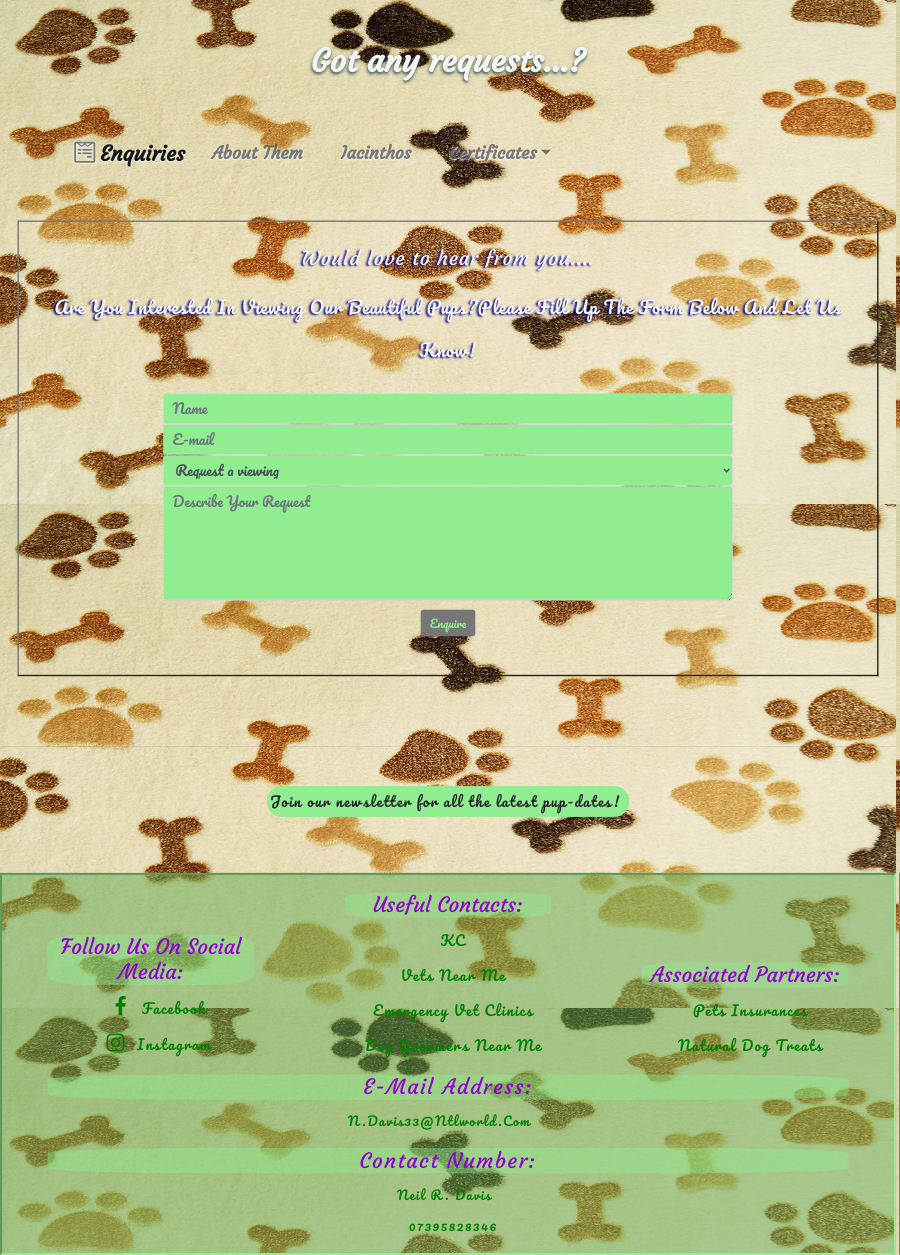
Repository: Code-Institute-Submissions/GeorgiosSklav-Iacinthos-blog
Page: request-form.html
The author's editor kept a record of every edit. The page is drawn from the files as they stood at one moment, then again after the next edit.
The browser window is 1280 px wide. The page is 1285 px wide, so the pictures cover 1285 px, including what lies to the right of the window. The pictures show the whole page, at 70% of full size.
Backgrounds fixed to the window are drawn as part of the page.

Above is the page before.

After the next edit:
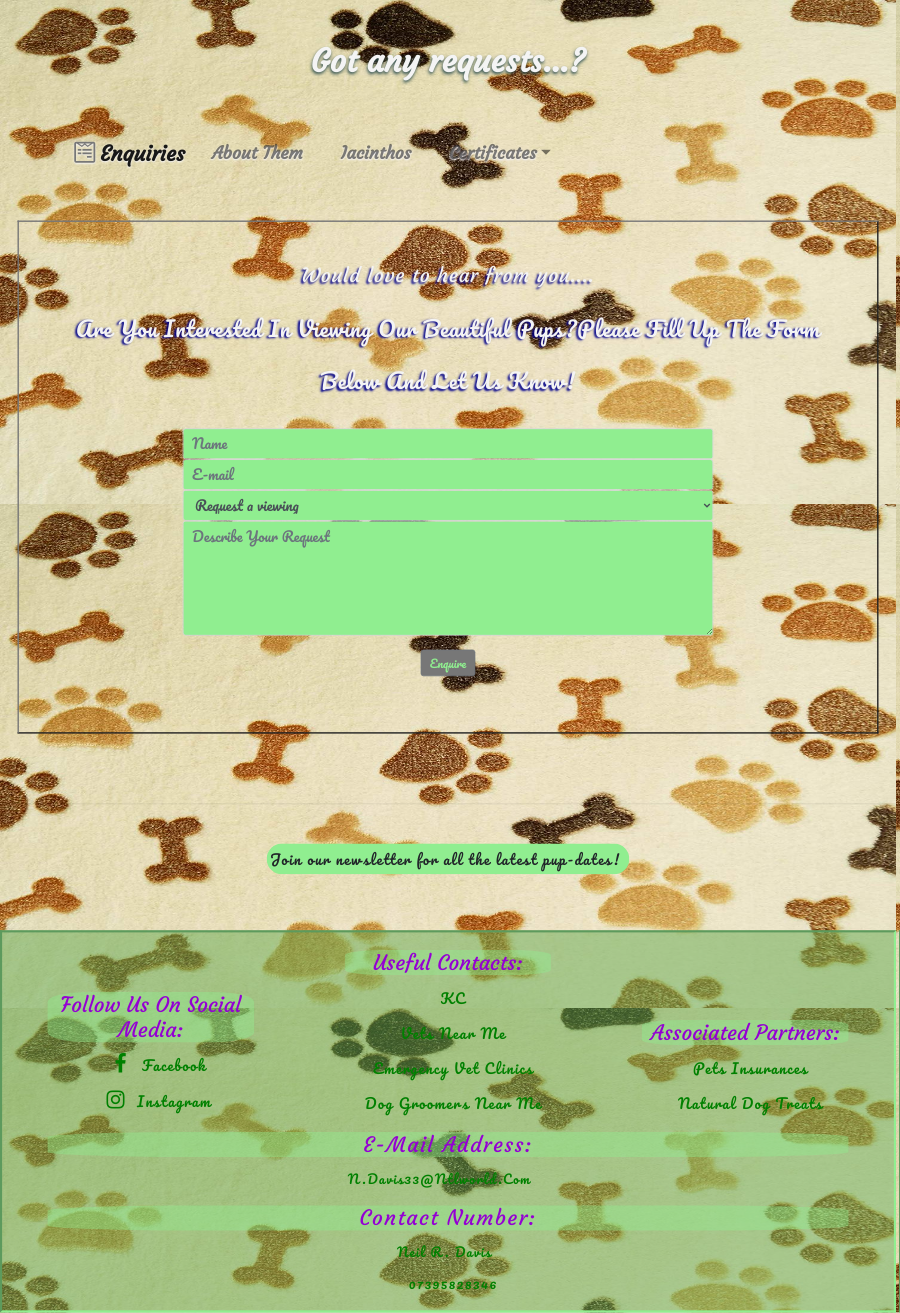
The edit:
--- a/request-form.html
+++ b/request-form.html
@@ -43,7 +43,7 @@
     <main>
         <div class="jumbotron-fluid about" id="frame">
             <section class="container-fluid">
-                <div class="row bg-color-contact">
+                <div class="row about">
                     <div class="col">
                         <h3 class="about-title contact-heading text-center">Would love to hear from you....</h3>
                         <p class="contact capitalise">Are you interested in viewing our beautiful pups?Please fill up the form below and let us know!</p>
